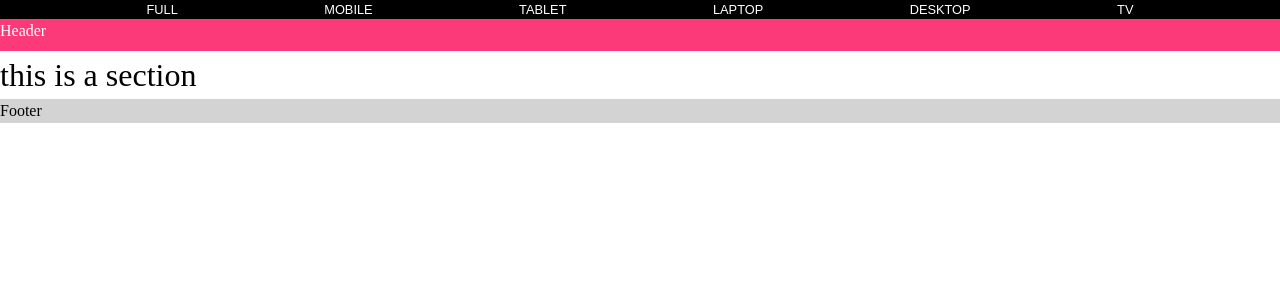
Repository: Terrycoco/coco-playground
Page: /
An editor plug-in stored every save of this project. The page is shown before and after the next save, followed by the edit.
The browser window is 1280 px wide. The pictures show the whole page.
The project was rebuilt for these pictures with package versions that can differ from the ones it lists, and the page was loaded fresh each time. The framework's server and built-in components were replaced by stand-ins that run in the browser. Also part of the build but not shown: next.config.js.

Above is the page before, as saved 2023-03-20 09:04:53.

### src/app/layout.js
//THIS FILE DEFINES BASIC HTML FOR WHOLE SITE
//YOU CAN OVERWRITE ANY METADATA IN INDIVIDUAL ROUTES ALSO
"use client";
import { Providers } from "./store/provider";
import "./globals.css";
import Header from "@/components/layout/Header.js";
import DeviceHeader from "@/components/layout/DeviceHeader";
import Footer from "@/components/layout/Footer";
import ScreenEmulator from "@/components/layout/ScreenEmulator";

//can't use metadata on files that use client
// export const metadata = {
//   title: "Theme Playground",
//   description: "Theme Playground By Coco",
// };

export default function RootLayout({ children }) {
  return (
    <html lang="en">
      <head>
        <title>Coco Theme Playground</title>
      </head>

      <body>
        <Providers>
          <>
            <DeviceHeader />
            <ScreenEmulator>
              <Header />

              {children}
              <Footer />
            </ScreenEmulator>
          </>
        </Providers>
      </body>
    </html>
  );
}

### src/app/page.js
"use client";
import { useSelector, useDispatch } from "react-redux";
import { selectTheme } from "./store/slices/themeSlice";

export default function Page() {
  const theme = useSelector(selectTheme);
  console.log("page recd theme:", theme);
  return (
    <main>
      <section>this is a section</section>
    </main>
  );
}

// <section id="theme" style={getContainerStyle("section")}>
// <h1 style={getHStyle("h1")}>
//   This the result of your Theme{"   "}
//   <span style={styles.smgray}>(h1)</span>
// </h1>
// <h2 style={getHStyle("h2")}>
//   Your Default Styles Are Shown{"   "}
//   <span style={styles.smgray}>(h2)</span>
// </h2>
// <h3 style={getHStyle("h3")}>
//   You selected {`${levCount - 1}`} levels of headings.
//   <span style={styles.smgray}>(h3)</span>
// </h3>

// <h4 style={getHStyle("h4")}>
//   I am a heading level 4 {"   "}
//   <span style={styles.smgray}>(h4)</span>
// </h4>

// <h5 style={getHStyle("h5")}>
//   I am a heading level 5{"   "}
//   <span style={styles.smgray}>(h5)</span>
// </h5>

// <h6 style={getHStyle("h6")}>
//   I am a heading level 6{"   "}
//   <span style={styles.smgray}>(h6)</span>
// </h6>

// <p data-el="p" style={getTextStyle("p")}>
//   Your theme settings will show up here. These are the default styles
//   for each element, which will be consistent across your project. You
//   can, of course, alter them for individual elements as you see fit.{" "}
//   <span style={styles.smgray}>(p)</span>
// </p>
// <p data-el="p" style={getTextStyle("p")}>
//   This is the paragraph element. To set the font scale among the
//   different headings and at different screen resolutions, go to{" "}
//   <b>SCALE</b>. The rest of the paragraph settings can be found by
//   clicking <b>TEXT</b> <span style={styles.smgray}>(p)</span>
// </p>

// <p data-el="p" style={getTextStyle("p")}>
//   Don't like the spacing? Click <b>CONTAINERS</b> to set default padding
//   and margins for container elements like sections, the header and
//   footer, between paragraphs, etc.{" "}
//   <span style={styles.smgray}>(p)</span>
// </p>
// </section>
// <section id="colors" style={getContainerStyle("section")}>
// <h1 style={getHStyle("h1")}>
//   This the result of your Theme{"   "}
//   <span style={styles.smgray}>(h1)</span>
// </h1>
// <h2 style={getHStyle("h2")}>
//   Your Default Styles Are Shown{"   "}
//   <span style={styles.smgray}>(h2)</span>
// </h2>
// <h3 style={getHStyle("h3")}>
//   You selected {`${levCount - 1}`} levels of headings.
//   <span style={styles.smgray}>(h3)</span>
// </h3>

// <h4 style={getHStyle("h4")}>
//   I am a heading level 4 {"   "}
//   <span style={styles.smgray}>(h4)</span>
// </h4>

// <h5 style={getHStyle("h5")}>
//   I am a heading level 5{"   "}
//   <span style={styles.smgray}>(h5)</span>
// </h5>

// <h6 style={getHStyle("h6")}>
//   I am a heading level 6{"   "}
//   <span style={styles.smgray}>(h6)</span>
// </h6>

// <p data-el="p" style={getTextStyle("p")}>
//   Your typography styles will show up here. These are the default styles
//   for each element, which will be consistent across your project. You
//   can, of course, alter them for individual elements as you see fit.{" "}
//   <span style={styles.smgray}>(p)</span>
// </p>
// <p data-el="p" style={getTextStyle("p")}>
//   This is the paragraph element. To set the font scale among the
//   different headings and at different screen resolutions, go to{" "}
//   <b>SCALE</b>. The rest of the paragraph settings can be found by
//   clicking <b>TYPOGRAPHY</b> <span style={styles.smgray}>(p)</span>
// </p>

// <p data-el="p" style={getTextStyle("p")}>
//   Don't like the spacing? Click <b>SPACING</b> to set default padding
//   and margins for elements like sections, the header and footer, between
//   paragraphs, etc. <span style={styles.smgray}>(p)</span>
// </p>
// </section>

### src/app/store/provider.js
"use client";

import { Provider } from "react-redux";
import store from "./store";

export function Providers({ children }) {
  return <Provider store={store}>{children}</Provider>;
}

### src/app/globals.css
@import "./reset.css";

:root {
  font-size: 1rem;
}
body {
  margin: 0;
  min-height: 100vh;
}

header {
  background-color: black;
  color: white;
}

footer {
  background-color: lightgray;
  color: black;
}

section {
  font-size: 2rem;
}

### src/components/layout/Header.js
"use client";
import React from "react";
import { useSelector } from "react-redux";
import { selectTheme } from "@/slices/themeSlice";
import { selectVariables } from "@/slices/variablesSlice";

function Header() {
  const theme = useSelector(selectTheme);
  const variables = useSelector(selectVariables);

  const getHeaderStyles = () => {
    let styles = { ...theme.containers.header };
    styles.backgroundColor = variables[styles.backgroundColor];
    return styles;
  };

  return <header style={getHeaderStyles()}>Header</header>;
}

export default Header;

### src/components/layout/DeviceHeader.js
"use client";
import { useState, useEffect } from "react";
import { useSelector, useDispatch } from "react-redux";
import {
  selectCurrentDevice,
  updateCurrentDevice,
  updateIsFullScreen,
  selectIsFullScreen,
} from "@/slices/uiSlice";
import { selectDevices } from "@/slices/themeSlice";
import css from "./layout.module.css";

const DeviceHeader = () => {
  const currentDevice = useSelector(selectCurrentDevice);
  const fullScreen = useSelector(selectIsFullScreen);
  const dispatch = useDispatch();
  const devices = useSelector(selectDevices);
  const [userSize, setUserSize] = useState();
  const [userDevice, setUserDevice] = useState();

  useEffect(() => {
    setUserSize(window.innerWidth); //TODO MAKE RESPONSIVE
    let ud = getUserDevice(window.innerWidth, devices);
    setUserDevice(getUserDevice(ud));
    dispatch(updateCurrentDevice(ud));
  }, []);

  const styles = {
    header: {
      fontFamily: "Arial",
    },
    menu: {
      display: "flex",
      flexDirection: "row",
      justifyContent: "space-evenly",
    },
    li: {
      textTransform: "uppercase",
      fontSize: ".8rem",
    },
  };

  const handleSelect = (e) => {
    const dev = e.target.id;
    if (dev === "full") {
      dispatch(updateIsFullScreen(true));
      dispatch(updateCurrentDevice(userDevice));
    } else {
      dispatch(updateCurrentDevice(dev));
      dispatch(updateIsFullScreen(false));
    }
  };

  return (
    <header style={styles.header}>
      <menu style={styles.menu}>
        <li
          id="full"
          style={styles.li}
          onClick={handleSelect}
          className={css.li}
        >
          Full
        </li>
        <li id="mobile" style={styles.li} className={css.li}>
          mobile
        </li>
        <li id="tablet" style={styles.li} className={css.li}>
          tablet
        </li>
        <li id="laptop" style={styles.li} className={css.li}>
          laptop
        </li>
        <li id="desktop" style={styles.li} className={css.li}>
          desktop
        </li>
        <li id="tv" style={styles.li} className={css.li}>
          tv
        </li>
      </menu>
    </header>
  );
};

export default DeviceHeader;

function getUserDevice(size, devices) {
  for (const d in devices) {
    if (devices[d].min <= size && size <= devices[d].max) {
      return d;
    }
  }
}

### src/components/layout/Footer.js
"use client";
import React from "react";

const Footer = () => {
  return <footer>Footer</footer>;
};

export default Footer;

### src/components/layout/ScreenEmulator.js
import { useState, useEffect } from "react";
import { useSelector } from "react-redux";
import { selectCurrentDevice, selectIsFullScreen } from "@/slices/uiSlice";
import { selectDevices, selectDeviceElements } from "@/slices/themeSlice";

const ScreenEmulator = ({ children, ...props }) => {
  const [width, setWidth] = useState("400px");
  const isFullScreen = useSelector(selectIsFullScreen);
  const device = useSelector(selectCurrentDevice);
  const devices = useSelector(selectDevices);
  const [baseFontSize, setBaseFontSize] = useState();
  const fontSizes = useSelector(selectDeviceElements);

  //get some valid heights
  useEffect(() => {
    if (device !== undefined) {
      console.log("got here");
      setWidth(devices[device].min + 100 + "px");
      setBaseFontSize(fontSizes[device].body.fontSize + "px");
    }
  }, [device]);

  const getEmulation = () => {
    return {
      border: "1px solid darkgray",
      width: `${width}`,
      fontSize: `${baseFontSize}`,

      height: "550px",
      overflow: "scroll",
      borderRadius: "10px",
      boxShadow: "rgba(213, 217, 217, 0.5) 0 2px 5px 0",
    };
  };

  if (!isFullScreen) return <> {children}</>;
  else
    return (
      <div style={getEmulation()}>
        Screen size: {width} Device: {device}
        {children}
      </div>
    );
};

export default ScreenEmulator;

### src/app/store/slices/themeSlice.js
"use client";

import { createSlice, createSelector } from "@reduxjs/toolkit";
import { HYDRATE } from "next-redux-wrapper";
import { currentTheme } from "@/themes";

const initialState = {
  headingCount: currentTheme.headingCount,
  fonts: currentTheme.fonts,
  colors: currentTheme.colors,
  colorVariants: currentTheme.colorVariants,
  devices: currentTheme.devices,
  deviceElements: currentTheme.deviceElements,
  text: currentTheme.text,
  containers: currentTheme.containers,
};

export const themeSlice = createSlice({
  name: "theme",
  initialState,
  reducers: {
    updateText(state, action) {
      state.text[action.payload.element][action.payload.propName] =
        action.payload.value;
    },

    extraReducers: {
      [HYDRATE]: (state, action) => {
        return {
          ...state,
          ...action.payload.theme,
        };
      },
    },
  },
});

export const { updateText } = themeSlice.actions;
export const selectTheme = (state) => state.theme;
export const selectText = (state) => state.theme.text;
export const selectDevices = (state) => state.theme.devices;
export const selectDeviceElements = (state) => state.theme.deviceElements;
export default themeSlice.reducer;

### src/app/store/store.js
"use client"; //anything that will access redux must use client
import { configureStore } from "@reduxjs/toolkit";
import { themeSlice } from "./slices/themeSlice";
import { variablesSlice } from "./slices/variablesSlice";
import { uiSlice } from "./slices/uiSlice";

// config the store
const store = configureStore({
  reducer: {
    [themeSlice.name]: themeSlice.reducer,
    [variablesSlice.name]: variablesSlice.reducer,
    [uiSlice.name]: uiSlice.reducer,
  },
});

// export default the store
console.log("store:", store.getState());
export default store;

### src/app/reset.css
/* Box sizing rules */
*,
*::before,
*::after {
  box-sizing: border-box;
}

/* Remove default margin */
main,
html,
body,
h1,
h2,
h3,
h4,
h5,
h6,
p,
figure,
blockquote,
dl,
dd {
  margin: 0;
  padding: 0;
}

/* Remove list styles on ul, ol elements with a list role, which suggests default styling will be removed */
ul,
menu,
ol {
  list-style: none;
}

/* remove discs from list items */
li {
  list-style-type: none;
}

/* Set core root defaults */
html:focus-within {
  scroll-behavior: smooth;
}

/* Set core body defaults */
body {
  min-height: 100vh;
  text-rendering: optimizeSpeed;
  line-height: 1.5;
}

/* A elements that don't have a class get default styles */
a:not([class]) {
  text-decoration-skip-ink: auto;
}

/* Make images easier to work with */
img,
picture {
  max-width: 100%;
  display: block;
}

menu {
  margin-block-start: 0em;
  margin-block-end: 0em;
  margin-inline-start: 0px;
  margin-inline-end: 0px;
  padding-inline-start: 0px;
}

/* Inherit fonts for inputs and buttons */
input,
button,
textarea,
select {
  font: inherit;
}

/* remove any default font props */
body,
h1,
h2,
h3,
h4,
h5,
h6,
p {
  letter-spacing: normal;
  word-spacing: normal;
  line-height: 1.5;
  font-optical-sizing: auto;
}

/* Remove all animations, transitions and smooth scroll for people that prefer not to see them */
@media (prefers-reduced-motion: reduce) {
  html:focus-within {
    scroll-behavior: auto;
  }

  *,
  *::before,
  *::after {
    animation-duration: 0.01ms !important;
    animation-iteration-count: 1 !important;
    transition-duration: 0.01ms !important;
    scroll-behavior: auto !important;
  }
}

### src/app/store/slices/variablesSlice.js
import { createSlice } from "@reduxjs/toolkit";
import { HYDRATE } from "next-redux-wrapper";
import { currentTheme } from "@/themes";
import { updateColor, updateFont } from "@/app/store/sharedActions";

function toCSS(key) {
  var result = key.replace(/([A-Z])/g, " $1");
  return result.split(" ").join("-").toLowerCase();
}

const getFontVariable = (fontName) => {
  let str = fontName.replaceAll(" ", "-").toLowerCase();
  return `var(--font-${str})`;
};

const loadInitVariables = () => {
  let variables = {};
  let section, prefix;

  //fonts
  section = "fonts";
  prefix = "var(--font-";
  for (const key in currentTheme[section]) {
    variables[`${prefix}${key})`] = getFontVariable(currentTheme[section][key]);
  }

  //colors
  section = "colors";
  prefix = "var(--clr-";
  for (const key in currentTheme[section]) {
    variables[`${prefix}${key})`] = toCSS(currentTheme[section][key]);
  }

  //color variants
  section = "colorVariants";
  prefix = "var(--clr-";
  for (const key in currentTheme[section]) {
    variables[`${prefix}${key})`] = toCSS(currentTheme[section][key]);
  }

  return variables;
};

const initialState = loadInitVariables();

export const variablesSlice = createSlice({
  name: "variables",
  initialState,
  reducers: {
    updateVariable(state, action) {
      state[action.payload.key] = action.payload.value;
    },
  },
  extraReducers: (builder) => {
    builder
      .addCase(updateColor, (state, action) => {
        action.payload.map((obj) => {
          state[obj.themeVar] = obj.value;
        });
      })
      .addCase(updateFont, (state, action) => {
        console.log("got here:", action.payload);
        //theme variable (ie body) has been updated to another font
        state[action.payload.themeVar] = action.payload.fontVar;
      });
  },
});

export const { updateVariable } = variablesSlice.actions;
export const selectVariables = (state) => state.variables;
export default variablesSlice.reducer;

### src/app/store/slices/uiSlice.js
"use client";

//slice for ui state

import { createSlice, createSelector } from "@reduxjs/toolkit";
import { HYDRATE } from "next-redux-wrapper";

const initialState = {
  currentForm: "",
  currentDevice: "",
  isFullScreen: true,
  isDrawerOpen: false,
  currentTab: 1,
};

export const uiSlice = createSlice({
  name: "ui",
  initialState,
  reducers: {
    updateCurrentForm(state, action) {
      state.currentForm = action.payload;
    },
    updateCurrentTab(state, action) {
      state.currentTab = action.payload;
    },
    updateCurrentDevice(state, action) {
      state.currentDevice = action.payload;
    },
    updateIsDrawerOpen(state, action) {
      state.isDrawerOpen = action.payload;
    },
    updateIsFullScreen(state, action) {
      state.isFullScreen = action.payload;
    },

    extraReducers: {
      [HYDRATE]: (state, action) => {
        return {
          ...state,
          ...action.payload.ui,
        };
      },
    },
  },
});

export const {
  updateCurrentForm,
  updateCurrentDevice,
  updateCurrentTab,
  updateIsDrawerOpen,
  updateIsFullScreen,
} = uiSlice.actions;
export const selectCurrentDevice = (state) => state.currentDevice;
export const selectCurrentTab = (state) => state.currentTab;
export const selectCurrentForm = (state) => state.currentForm;
export const selectIsDrawerOpen = (state) => state.isDrawerOpen;
export const selectIsFullScreen = (state) => state.isFullScreen;
export default uiSlice.reducer;

### src/components/layout/layout.module.css
.li:hover {
  font-weight: 700;
}

### src/themes/index.js
import init from "./init";

module.exports = { currentTheme: init };

### src/app/store/sharedActions.js
import { createAction } from "@reduxjs/toolkit";
const varKeys = [75, 50, 25, 10, 5];

const updateColor = createAction("UPDATE_COLOR", function prepare(obj) {
  //any time theme color is updated, so are variants so pass those in with the payload
  console.log("shared updateColor", obj);
  let key = obj.key;
  let payloadVal = [];
  let newhex = obj.value;
  if (key !== "error" && key !== "whitish") {
    varKeys.map((pct) => {
      let variantKey = `${key}${pct}`;
      let val = getPctOfHex(newhex, pct);
      payloadVal.push({
        key: variantKey,
        value: val,
        section: "variants",
        themeVar: `var(--clr-${variantKey})`,
      });
    });
  }
  //push original one
  payloadVal.push({
    key: key,
    value: newhex,
    section: "themed",
    themeVar: `var(--clr-${key})`,
  });
  //console.log("newpayload:", payloadVal);
  return { payload: payloadVal };
});

const updateFont = createAction("UPDATE_FONT", function prepare(obj) {
  console.log("fontobj:", obj);
  /*shape of font payload
      propName: "body",
      name: "Gelasio",
      themeVar: "var(--font-body)",
      fontVar: "var(--font-gelasio)" */

  return { payload: obj };
});

module.exports = { updateColor, updateFont };

// util functions to calculate variant values --------------
function hexToHSL(H) {
  // Convert hex to RGB first
  let r = 0,
    g = 0,
    b = 0;
  if (H.length == 4) {
    r = "0x" + H[1] + H[1];
    g = "0x" + H[2] + H[2];
    b = "0x" + H[3] + H[3];
  } else if (H.length == 7) {
    r = "0x" + H[1] + H[2];
    g = "0x" + H[3] + H[4];
    b = "0x" + H[5] + H[6];
  }
  // Then to HSL
  r /= 255;
  g /= 255;
  b /= 255;
  let cmin = Math.min(r, g, b),
    cmax = Math.max(r, g, b),
    delta = cmax - cmin,
    h = 0,
    s = 0,
    l = 0;

  if (delta == 0) h = 0;
  else if (cmax == r) h = ((g - b) / delta) % 6;
  else if (cmax == g) h = (b - r) / delta + 2;
  else h = (r - g) / delta + 4;

  h = Math.round(h * 60);

  if (h < 0) h += 360;

  l = (cmax + cmin) / 2;
  s = delta == 0 ? 0 : delta / (1 - Math.abs(2 * l - 1));
  s = +(s * 100).toFixed(1);
  l = +(l * 100).toFixed(1);

  return { h: h, s: s, l: l };
}
function getPctOfHex(hex, pct) {
  //incoming pct is pct opacity of orig color
  let inverted = 100 - pct;
  //convert incoming to hsl
  let hsl = hexToHSL(hex);

  //current lightness is 0%;
  let currentLightPct = hsl.l;
  let remainingLightPct = 100 - currentLightPct;
  let onepct = remainingLightPct / 100;
  let desiredPct = onepct * inverted + currentLightPct;
  let result = HSLToHex(hsl.h, hsl.s, desiredPct);
  return result;
}
function HSLToHex(h, s, l) {
  s /= 100;
  l /= 100;

  let c = (1 - Math.abs(2 * l - 1)) * s,
    x = c * (1 - Math.abs(((h / 60) % 2) - 1)),
    m = l - c / 2,
    r = 0,
    g = 0,
    b = 0;

  if (0 <= h && h < 60) {
    r = c;
    g = x;
    b = 0;
  } else if (60 <= h && h < 120) {
    r = x;
    g = c;
    b = 0;
  } else if (120 <= h && h < 180) {
    r = 0;
    g = c;
    b = x;
  } else if (180 <= h && h < 240) {
    r = 0;
    g = x;
    b = c;
  } else if (240 <= h && h < 300) {
    r = x;
    g = 0;
    b = c;
  } else if (300 <= h && h < 360) {
    r = c;
    g = 0;
    b = x;
  }
  // Having obtained RGB, convert channels to hex
  r = Math.round((r + m) * 255).toString(16);
  g = Math.round((g + m) * 255).toString(16);
  b = Math.round((b + m) * 255).toString(16);

  // Prepend 0s, if necessary
  if (r.length == 1) r = "0" + r;
  if (g.length == 1) g = "0" + g;
  if (b.length == 1) b = "0" + b;

  return "#" + r + g + b;
}

### src/themes/init.js
//to use, import this file and set this as currentTheme in /src/themes/index
const headingCount = 1;

const fonts = {
  body: "Times",
  display: "Times",
  special: "Times",
  mono: "Times",
  forms: "Arial",
};

const deviceElements = {
  mobile: {
    body: {
      fontSize: "18",
      lineHeight: "1.5",
    },
    h1: {
      fontSize: "40",
      lineHeight: "1.16",
    },
  },
  tablet: {
    body: {
      fontSize: "19",
      lineHeight: "1.5",
    },
    h1: {
      fontSize: "40",
      lineHeight: "1.16",
    },
  },
  laptop: {
    body: {
      fontSize: "20",
      lineHeight: "1.329",
    },
    h1: {
      fontSize: "52",
      lineHeight: "1.16",
    },
  },
  desktop: {
    body: {
      fontSize: "24",
      lineHeight: "1.345",
    },
    h1: {
      fontSize: "57",
      lineHeight: "1.16",
    },
  },

  tv: {
    body: {
      fontSize: "28",
      lineHeight: "1.391",
    },
    h1: {
      fontSize: "67",
      lineHeight: "1.031",
    },
  },
};

const devices = {
  mobile: {
    min: 320,
    max: 479,
  },

  tablet: {
    min: 480,
    max: 767,
  },

  laptop: {
    min: 768,
    max: 1023,
  },

  desktop: {
    min: 1024,
    max: 1999,
  },

  tv: {
    min: 1200,
    max: 9999,
  },
};

const colors = {
  primary: "#fc3a79",
  secondary: "#fe572e",
  blackish: "#261f22",
  whitish: "#f5f5f4",
  error: "#dc2626",
};

const colorVariants = {
  primary75: "#fd6b99",
  primary50: "#fe9dbb",
  primary25: "#fecedd",
  primary10: "#ffebf1",
  primary5: "#fff5f8",
  secondary75: "#fe8162",
  secondary50: "#feab96",
  secondary25: "#ffd5cb",
  secondary10: "#ffeeea",
  secondary5: "#fff7f5",
  blackish75: "#635158",
  blackish50: "#9c868f",
  blackish25: "#cdc2c7",
  blackish10: "#ebe7e9",
  blackish5: "#f5f3f4",
};

const containers = {
  header: {
    backgroundColor: "var(--clr-primary)",
    height: "2rem",
    paddingRight: "0rem",
    paddingLeft: "0rem",
  },
  main: {
    paddingTop: "2rem",
    paddingRight: "0rem",
    paddingBottom: "0rem",
    paddingLeft: "0rem",
  },
  section: {
    paddingTop: "0rem",
    paddingRight: "0rem",
    paddingBottom: "0rem",
    paddingLeft: "0rem",
  },
  article: {
    paddingTop: "0rem",
    paddingRight: "0rem",
    paddingBottom: "0rem",
    paddingLeft: "0rem",
  },
  aside: {
    paddingTop: "0rem",
    paddingRight: "0rem",
    paddingBottom: "0rem",
    paddingLeft: "0rem",
  },
  footer: {
    backgroundColor: "var(--clr-primary50)",
    color: "var(--clr-blackish)",
    height: "0rem",
    paddingTop: "0rem",
    paddingRight: "0rem",
    paddingBottom: "0rem",
    paddingLeft: "0rem",
  },
};

const text = {
  p: {
    color: "var(--clr-blackish)",
    fontFamily: "var(--font-body)",
    fontWeight: "400",
    fontSize: "var(--fs-body)",
    lineHeight: "var(--lh-body)",
    letterSpacing: "0px",
    wordSpacing: "0px",
    maxWidth: "60ch",
    marginBottom: "1rem",
  },

  h1: {
    color: "var(--clr-blackish)",
    fontFamily: "var(--font-display)",
    fontWeight: "400",
    fontSize: "var(--fs-h1)",
    lineHeight: "var(--lh-h1)",
    letterSpacing: "-1.5px",
    wordSpacing: "-5px",
    maxWidth: "60ch",
    marginBottom: "1rem",
  },

  h2: {
    color: "var(--clr-blackish)",
    fontFamily: "var(--font-display)",
    fontWeight: "400",
    fontSize: "var(--fs-h2)",
    lineHeight: "var(--lh-h2)",
    letterSpacing: "-1.5px",
    wordSpacing: "-5px",
    maxWidth: "60ch",
    marginBottom: "1rem",
  },

  h3: {
    color: "var(--clr-blackish)",

    fontFamily: "var(--font-display)",

    fontWeight: "400",

    fontSize: "1rem",

    lineHeight: "150%",

    letterSpacing: "-1.5px",

    wordSpacing: "-5px",
    maxWidth: "60ch",
    marginBottom: "1rem",
  },

  h4: {
    color: "var(--clr-blackish)",

    fontFamily: "var(--font-display)",

    fontWeight: "400",

    fontSize: "1rem",

    lineHeight: "150%",

    letterSpacing: "-1.5px",

    wordSpacing: "-5px",
    maxWidth: "60ch",
    marginBottom: "1rem",
  },

  h5: {
    color: "var(--clr-blackish)",

    fontFamily: "var(--font-display)",

    fontWeight: "400",

    fontSize: "1rem",

    lineHeight: "150%",

    letterSpacing: "-1.5px",

    wordSpacing: "-5px",
    maxWidth: "60ch",
    marginBottom: "1rem",
  },

  h6: {
    color: "var(--clr-blackish)",

    fontFamily: "var(--font-display)",

    fontWeight: "400",

    fontSize: "1rem",

    lineHeight: "150%",

    letterSpacing: "-1.5px",

    wordSpacing: "-5px",
    marginBottom: "1rem",
  },

  small: {
    color: "var(--clr-blackish)",
    fontFamily: "var(--font-forms)",
    fontWeight: "400",
    fontSize: "var(--fs-sm)",
    lineHeight: "1",
    letterSpacing: "-1.5px",
    wordSpacing: "-5px",
    maxWidth: "60ch",
    marginBottom: "0rem",
  },
};

const theme = {
  headingCount,
  colors,
  colorVariants,
  fonts,
  deviceElements,
  devices,
  containers,
  text,
};

module.exports = {
  headingCount,
  colors,
  colorVariants,
  fonts,
  deviceElements,
  devices,
  containers,
  text,
  theme,
};

After the next save:
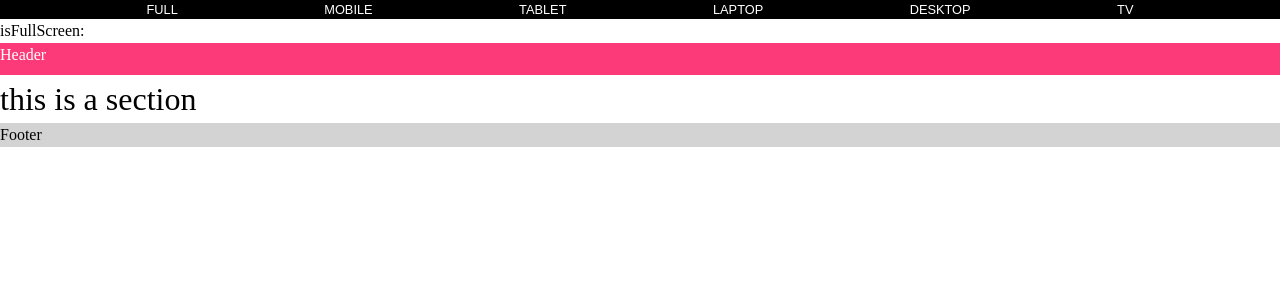
Saved 110 s later.
--- a/src/components/layout/ScreenEmulator.js
+++ b/src/components/layout/ScreenEmulator.js
@@ -33,7 +33,13 @@ const ScreenEmulator = ({ children, ...props }) => {
     };
   };
 
-  if (!isFullScreen) return <> {children}</>;
+  if (!isFullScreen)
+    return (
+      <>
+        {" "}
+        isFullScreen: {isFullScreen} {children}
+      </>
+    );
   else
     return (
       <div style={getEmulation()}>
